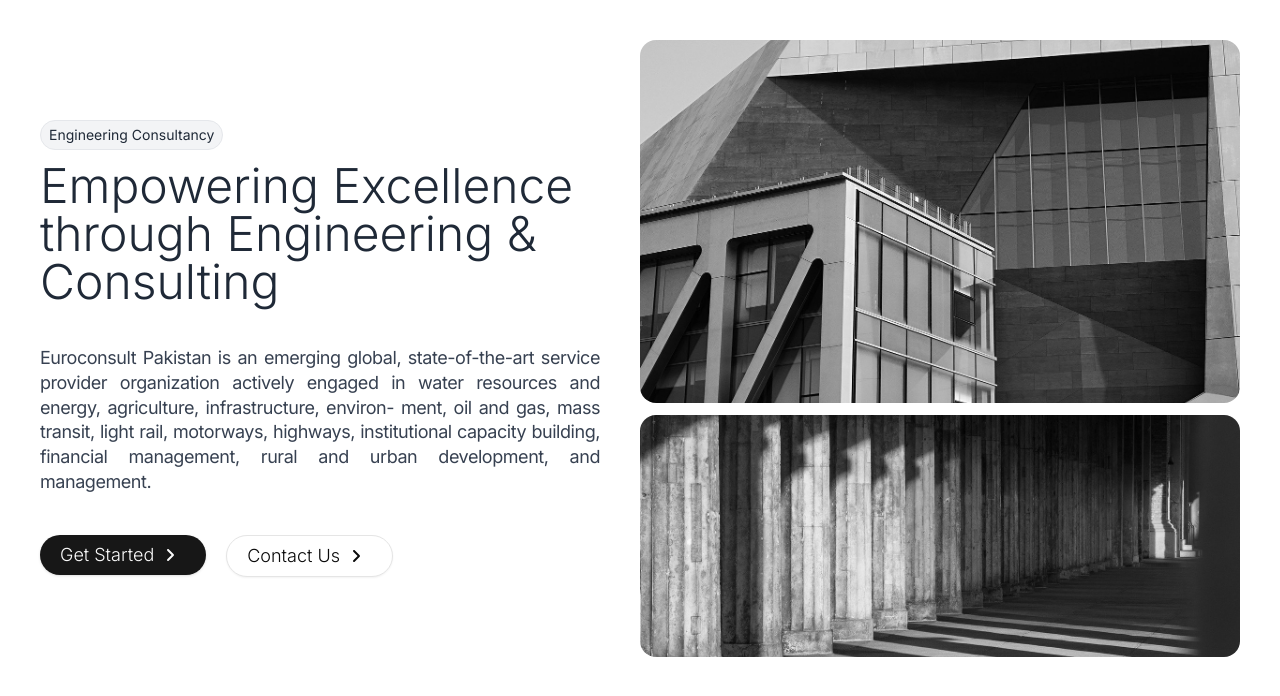
Repository: EMDC-24/ecglobalwebsite19
Page: /
These files come from the project's save history. The page is drawn as it stood at one moment and after the next save; the edit follows.
The browser window is 1280 px wide. The pictures show the whole page.
The project was rebuilt for these pictures with package versions that can differ from the ones it lists, and the page was loaded fresh each time. The framework's server and built-in components were replaced by stand-ins that run in the browser. Also part of the build but not shown: next.config.mjs.

Above is the page before, as saved 2024-09-17 16:56:40.

### app/page.tsx
import Image from "next/image";
import Hero from "./Hero";

export default function Home() {
  return (
    <>
    <Hero />
    </>
  );
}

### app/Hero.tsx
import { Button } from '@/components/ui/button'
import React from 'react'
import { FaAngleRight } from "react-icons/fa6";

const Hero = () => {
  return (
    <div>
        <div className="bg-white px-10 flex flex-row my-10">
        <div className="md:w-1/2 flex flex-col items-start justify-normal py-20">
        <div className="bg-gray-100 border-[1px] border-gray-200 rounded-full px-2 py-1 text-sm text-gray-800">Engineering Consultancy</div>
        <h1 className="text-5xl text-gray-800 mt-3 font-light">Empowering Excellence through Engineering & Consulting</h1>
        <p className="text-lg text-gray-700 mt-10 leading-snug tracking-tight text-justify mr-10">Euroconsult Pakistan is an emerging global, state-of-the-art service provider organization actively engaged in water resources and energy, agriculture, infrastructure, environ- ment, oil and gas, mass transit, light rail, motorways, highways, institutional capacity building, financial management, rural and urban development, and management. </p>
        <div className="mt-10 flex flex-row gap-5">
        <a href="#" >
        <Button className="px-5 py-5 text-lg font-light rounded-full hover:bg-blue-600">Get Started  <FaAngleRight className="mr-2 ml-2 h-4 w-4" /></Button>
        </a>
        <a href="#" >
        <Button variant="outline" className="px-5 py-5 text-lg font-light rounded-full hover:bg-gray-200">Contact Us<FaAngleRight className="mr-2 ml-2 h-4 w-4" /></Button>
        </a>
        </div>
        </div>
        <div className="md:w-1/2 flex flex-col gap-3">
        <div className="w-full h-[60%] rounded-2xl bg-cover bg-center" style={{ backgroundImage: `url('/assets/heroimage.jpg')` }}> </div>
        <div className="w-full h-[40%] rounded-2xl bg-cover bg-center" style={{ backgroundImage: `url('/assets/hero2.jpg')` }}> </div>
        </div>
        </div>
    </div>
  )
}

export default Hero

### components/ui/button.tsx
import * as React from "react"
import { Slot } from "@radix-ui/react-slot"
import { cva, type VariantProps } from "class-variance-authority"

import { cn } from "@/lib/utils"

const buttonVariants = cva(
  "inline-flex items-center justify-center whitespace-nowrap rounded-md text-sm font-medium transition-colors focus-visible:outline-none focus-visible:ring-1 focus-visible:ring-ring disabled:pointer-events-none disabled:opacity-50",
  {
    variants: {
      variant: {
        default:
          "bg-primary text-primary-foreground shadow hover:bg-primary/90",
        destructive:
          "bg-destructive text-destructive-foreground shadow-sm hover:bg-destructive/90",
        outline:
          "border border-input bg-background shadow-sm hover:bg-accent hover:text-accent-foreground",
        secondary:
          "bg-secondary text-secondary-foreground shadow-sm hover:bg-secondary/80",
        ghost: "hover:bg-accent hover:text-accent-foreground",
        link: "text-primary underline-offset-4 hover:underline",
      },
      size: {
        default: "h-9 px-4 py-2",
        sm: "h-8 rounded-md px-3 text-xs",
        lg: "h-10 rounded-md px-8",
        icon: "h-9 w-9",
      },
    },
    defaultVariants: {
      variant: "default",
      size: "default",
    },
  }
)

export interface ButtonProps
  extends React.ButtonHTMLAttributes<HTMLButtonElement>,
    VariantProps<typeof buttonVariants> {
  asChild?: boolean
}

const Button = React.forwardRef<HTMLButtonElement, ButtonProps>(
  ({ className, variant, size, asChild = false, ...props }, ref) => {
    const Comp = asChild ? Slot : "button"
    return (
      <Comp
        className={cn(buttonVariants({ variant, size, className }))}
        ref={ref}
        {...props}
      />
    )
  }
)
Button.displayName = "Button"

export { Button, buttonVariants }

Loaded but not shown: app/layout.tsx (common file); app/globals.css (common file); lib/utils.ts (common file); tailwind.config.ts (common file)

After the next save:
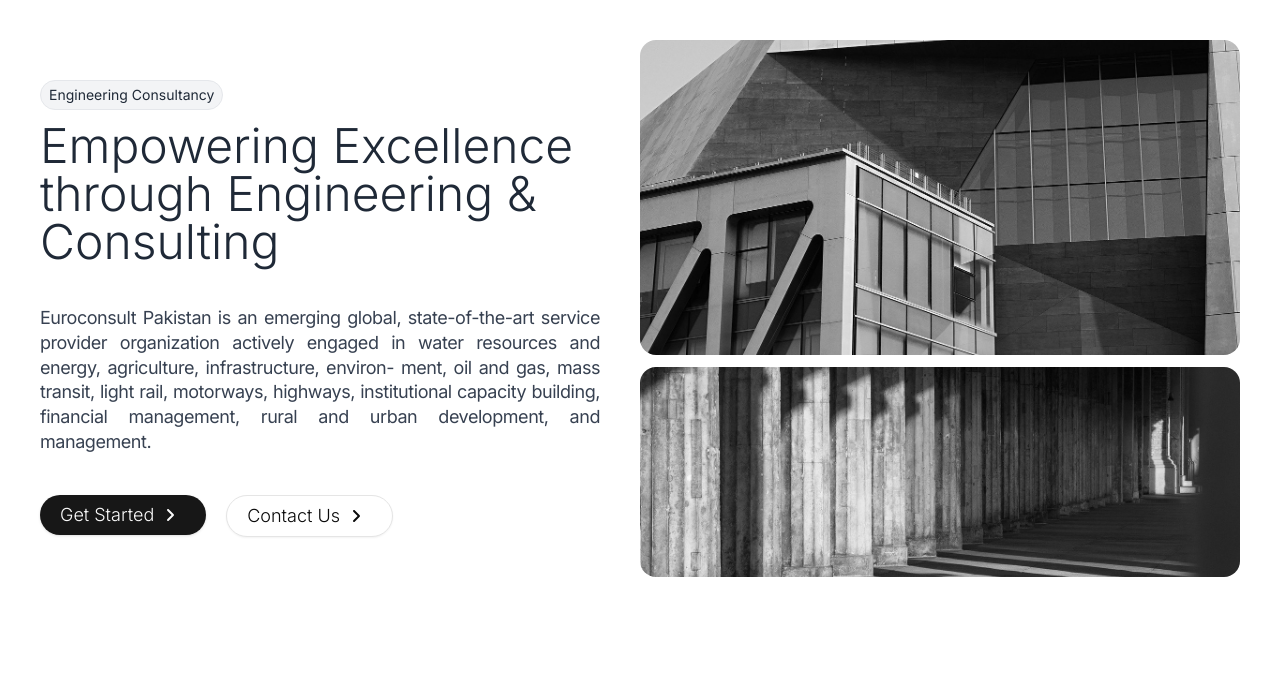
Saved 4 s later.
--- a/app/Hero.tsx
+++ b/app/Hero.tsx
@@ -6,7 +6,7 @@
   return (
     <div>
         <div className="bg-white px-10 flex flex-row my-10">
-        <div className="md:w-1/2 flex flex-col items-start justify-normal py-20">
+        <div className="md:w-1/2 flex flex-col items-start justify-normal py-10">
         <div className="bg-gray-100 border-[1px] border-gray-200 rounded-full px-2 py-1 text-sm text-gray-800">Engineering Consultancy</div>
         <h1 className="text-5xl text-gray-800 mt-3 font-light">Empowering Excellence through Engineering & Consulting</h1>
         <p className="text-lg text-gray-700 mt-10 leading-snug tracking-tight text-justify mr-10">Euroconsult Pakistan is an emerging global, state-of-the-art service provider organization actively engaged in water resources and energy, agriculture, infrastructure, environ- ment, oil and gas, mass transit, light rail, motorways, highways, institutional capacity building, financial management, rural and urban development, and management. </p>
